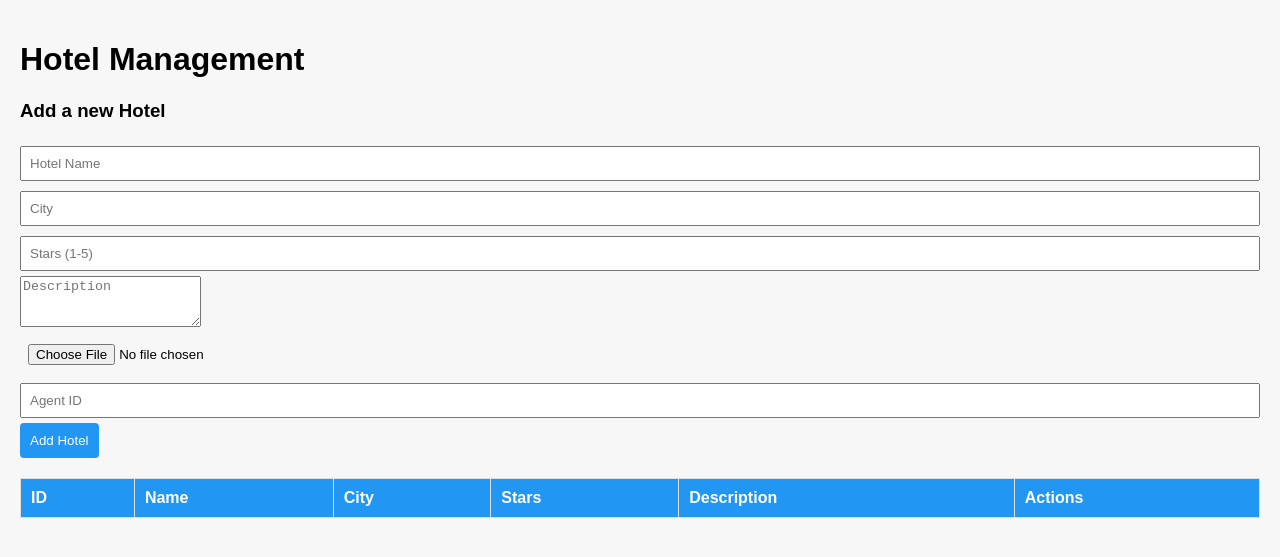
Repository: Trikisalem/examentp_jakarta
Page: http://localhost/hotel/admin/hotel.jsp
The author's editor kept a copy of each file at every save. The page is drawn from the files as they stood at one save, then again after the next save.
The browser window is 1280 px wide. The pictures show the whole page.
The page is served by Tomcat 10. Nobody is signed in. The application's start-up code is not run. Other server files are loaded and not shown. Queries for data that is not in the repository find no rows.

Above is the page before, as saved 2024-12-16 21:58:44.

### hotel/src/main/webapp/admin/hotel.jsp
<%@ page language="java" contentType="text/html; charset=UTF-8" pageEncoding="UTF-8"%>
<%@ page import="java.sql.*" %>
<%@ page import="java.util.*" %>
<!DOCTYPE html>
<html lang="en">
<head>
    <meta charset="UTF-8">
    <meta name="viewport" content="width=device-width, initial-scale=1.0">
    <title>Hotel Management</title>
    <style>
        body {
            font-family: 'Arial', sans-serif;
            background-color: #f7f7f7;
            margin: 0;
            padding: 20px;
        }
        table {
            width: 100%;
            border-collapse: collapse;
            margin: 20px 0;
        }
        th, td {
            padding: 10px;
            text-align: left;
            border: 1px solid #ddd;
        }
        th {
            background-color: #2196F3;
            color: white;
        }
        .btn {
            padding: 8px 12px;
            background-color: #2196F3;
            color: white;
            text-decoration: none;
            border-radius: 4px;
            margin-right: 5px;
        }
        .btn:hover {
            background-color: #0b7dda;
        }
        .form-container {
            margin: 20px 0;
        }
        .form-container input {
            margin: 5px 0;
            padding: 8px;
            width: 100%;
            box-sizing: border-box;
        }
        .form-container button {
            background-color: #2196F3;
            color: white;
            padding: 10px;
            border: none;
            border-radius: 4px;
            cursor: pointer;
        }
        .form-container button:hover {
            background-color: #0b7dda;
        }
    </style>
</head>
<body>

<h1>Hotel Management</h1>

<!-- Formulaire pour ajouter un hôtel -->
<div class="form-container">
    <form method="post" action="addHotel.jsp" enctype="multipart/form-data">
    <h3>Add a new Hotel</h3>
    <input type="text" name="name" placeholder="Hotel Name" required>
    <input type="text" name="city" placeholder="City" required>
    <input type="number" name="stars" placeholder="Stars (1-5)" min="1" max="5" required>
    <textarea name="description" placeholder="Description" rows="3" required></textarea>
    <input type="file" name="image" required>
    <input type="number" name="agentId" placeholder="Agent ID" required>
    <button type="submit">Add Hotel</button>
</form>

</div>

<!-- Table pour afficher et gérer les hôtels -->
<table>
    <thead>
        <tr>
            <th>ID</th>
            <th>Name</th>
            <th>City</th>
            <th>Stars</th>
            <th>Description</th>
            <th>Actions</th>
        </tr>
    </thead>
    <tbody>
        <%
            // Connexion à la base de données
            String url = "jdbc:mysql://localhost:3306/hotel_management";
            String user = "root";
            String password = "triki";

            Connection conn = null;
            PreparedStatement stmt = null;
            ResultSet rs = null;

            try {
                Class.forName("com.mysql.cj.jdbc.Driver");
                conn = DriverManager.getConnection(url, user, password);

                // Récupérer la liste des hôtels
                String query = "SELECT * FROM Hotel";
                stmt = conn.prepareStatement(query);
                rs = stmt.executeQuery();

                while (rs.next()) {
                    int id = rs.getInt("id");
                    String name = rs.getString("name");
                    String city = rs.getString("city");
                    int stars = rs.getInt("stars");
                    String description = rs.getString("description");

        %>
        <tr>
            <td><%= id %></td>
            <td><%= name %></td>
            <td><%= city %></td>
            <td><%= stars %></td>
            <td><%= description %></td>
            <td>
                <a href="editHotel.jsp?id=<%= id %>" class="btn">Edit</a>
                <a href="deleteHotel.jsp?id=<%= id %>" class="btn">Delete</a>
            </td>
        </tr>
        <%
                }
            } catch (Exception e) {
                e.printStackTrace();
            } finally {
                if (rs != null) rs.close();
                if (stmt != null) stmt.close();
                if (conn != null) conn.close();
            }
        %>
    </tbody>
</table>

</body>
</html>

After the next save:
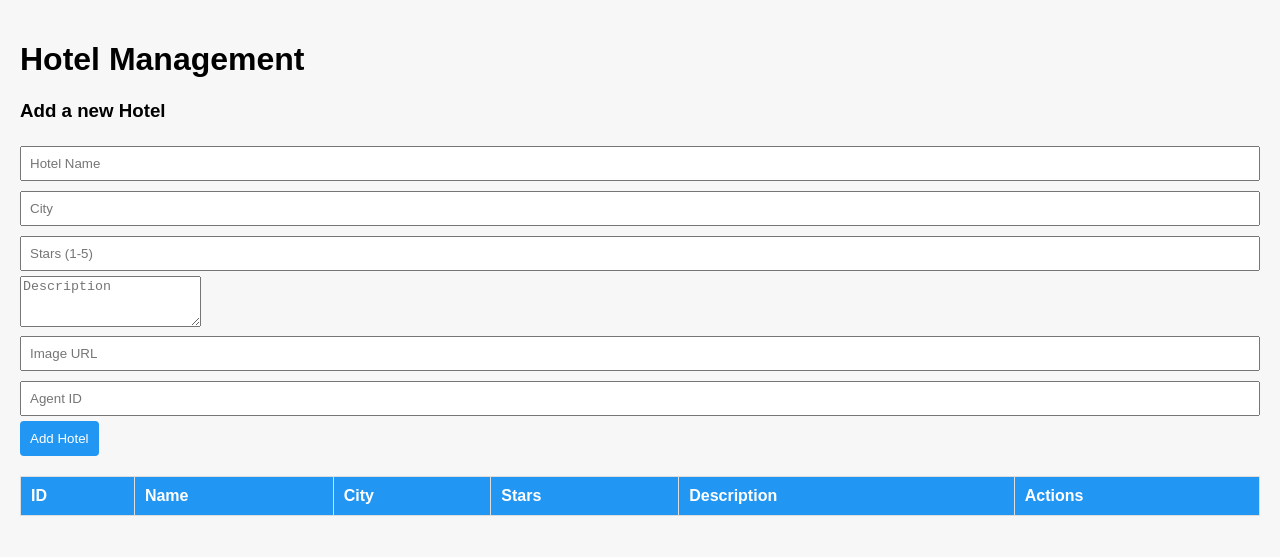
Saved 2 min 20 s later.
--- a/hotel/src/main/webapp/admin/hotel.jsp
+++ b/hotel/src/main/webapp/admin/hotel.jsp
@@ -67,16 +67,17 @@
 
 <!-- Formulaire pour ajouter un hôtel -->
 <div class="form-container">
-    <form method="post" action="addHotel.jsp" enctype="multipart/form-data">
+   <form method="post" action="addHotel.jsp">
     <h3>Add a new Hotel</h3>
     <input type="text" name="name" placeholder="Hotel Name" required>
     <input type="text" name="city" placeholder="City" required>
     <input type="number" name="stars" placeholder="Stars (1-5)" min="1" max="5" required>
     <textarea name="description" placeholder="Description" rows="3" required></textarea>
-    <input type="file" name="image" required>
+    <input type="text" name="image" placeholder="Image URL" required>
     <input type="number" name="agentId" placeholder="Agent ID" required>
     <button type="submit">Add Hotel</button>
-</form>
+  </form>
+
 
 </div>
 
